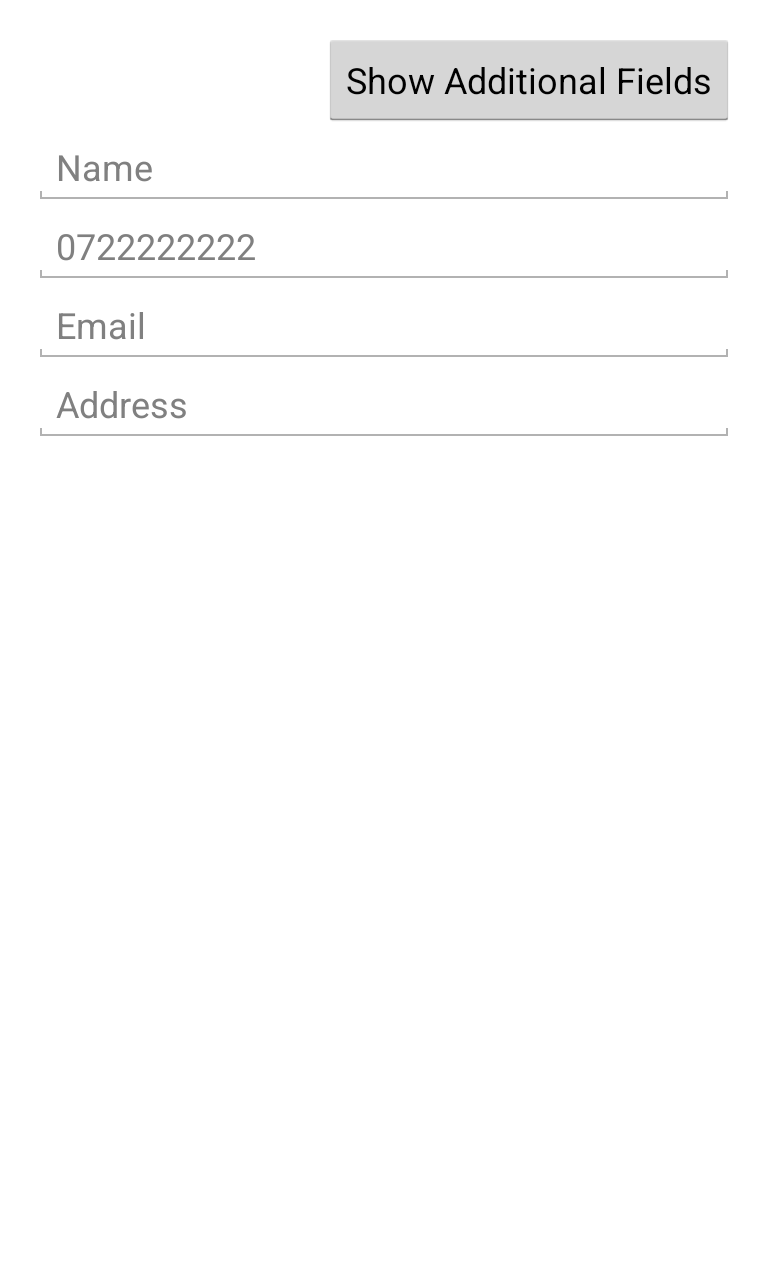
Repository: andreeastoican/Laborator04
Layout: ContactsManager/res/layout/fragment_basic_details.xml
An editor plug-in stored every save of this project. The layout is shown before and after the next save, followed by the edit.
It is drawn on a 768 x 1280 px phone screen (xhdpi) without system bars, with theme AppTheme; the app's code is not run.

Above is the layout before, as saved 2015-03-17 19:34:26.

After the next save:
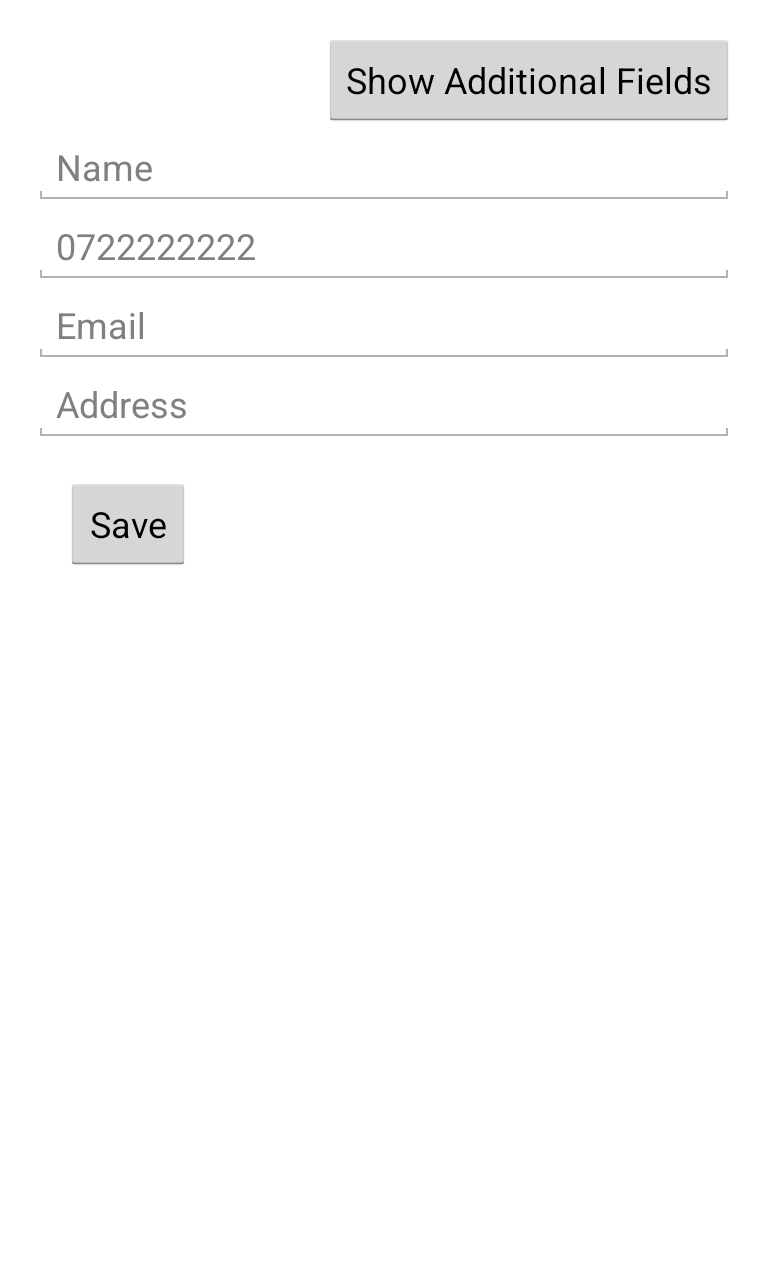
Saved 47 s later.
--- a/ContactsManager/res/layout/fragment_basic_details.xml
+++ b/ContactsManager/res/layout/fragment_basic_details.xml
@@ -50,7 +50,10 @@
 	       android:orientation="horizontal"
 	       tools:context="ro.pub.cs.systems.pdsd.lab04.contactsmanager.BasicDetailsFragment" >
 		   <Button
-		       android:id="@+id/id_save"/>
+		       android:id="@+id/id_save"
+		       android:layout_width="wrap_content"
+		       android:layout_height="wrap_content"
+		       android:text="Save"/>
 	   </LinearLayout>
 
 </LinearLayout>
